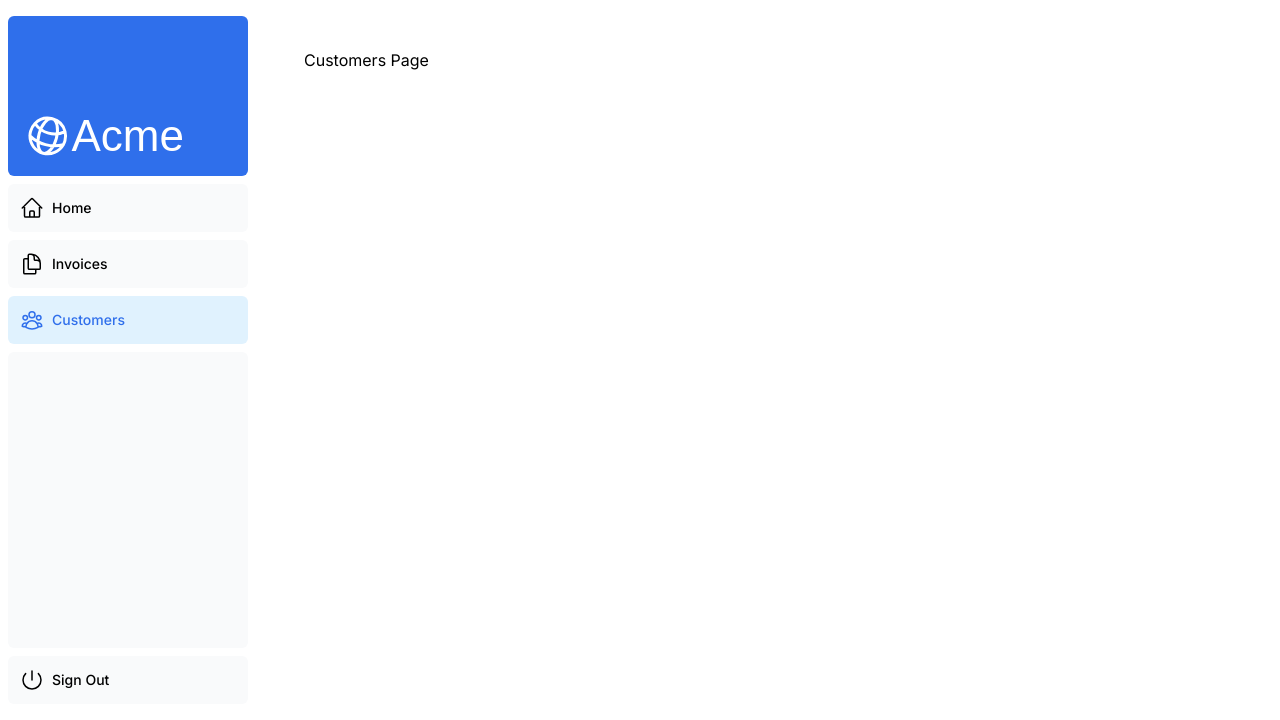
Repository: starsky886/nextjs-dashboard
Page: /dashboard/customers
These files come from the project's save history. The page is drawn as it stood at one moment and after the next save; the edit follows.
The browser window is 1280 px wide. The pictures show the whole page.
Some web fonts or font styles are not loaded; a fallback is used. The project was rebuilt for these pictures with package versions that can differ from the ones it lists, and the page was loaded fresh each time. The framework's server and built-in components were replaced by stand-ins that run in the browser. Also part of the build but not shown: next.config.js.

Above is the page before, as saved 2024-03-27 20:02:22.

### app/layout.tsx
import '@/app/ui/global.css'
import { inter } from '@/app/ui/fonts';
export default function RootLayout({
  children,
}: {
  children: React.ReactNode;
}) {
  return (
    <html lang="en">
      <body className={`${inter.className} antialiased`}>{children}
      </body>

    </html>
  );
}

### app/dashboard/customers/page.tsx

export default function Page() {
    return (
        <div>Customers Page</div>
    )
}

### app/ui/dashboard/sidenav.tsx
import Link from 'next/link';
import NavLinks from '@/app/ui/dashboard/nav-links';
import AcmeLogo from '@/app/ui/acme-logo';
import { PowerIcon } from '@heroicons/react/24/outline';

export default function SideNav() {
  return (
    <div className="flex h-full flex-col px-3 py-4 md:px-2">
      <Link
        className="mb-2 flex h-20 items-end justify-start rounded-md bg-blue-600 p-4 md:h-40"
        href="/"
      >
        <div className="w-32 text-white md:w-40">
          <AcmeLogo />
        </div>
      </Link>
      <div className="flex grow flex-row justify-between space-x-2 md:flex-col md:space-x-0 md:space-y-2">
        <NavLinks />
        <div className="hidden h-auto w-full grow rounded-md bg-gray-50 md:block"></div>
        <form>
          <button className="flex h-[48px] w-full grow items-center justify-center gap-2 rounded-md bg-gray-50 p-3 text-sm font-medium hover:bg-sky-100 hover:text-blue-600 md:flex-none md:justify-start md:p-2 md:px-3">
            <PowerIcon className="w-6" />
            <div className="hidden md:block">Sign Out</div>
          </button>
        </form>
      </div>
    </div>
  );
}

### app/ui/dashboard/nav-links.tsx
'use client';

import {
  UserGroupIcon,
  HomeIcon,
  DocumentDuplicateIcon,
} from '@heroicons/react/24/outline';
import Link from 'next/link'
import { usePathname } from 'next/navigation';
import clsx from 'clsx';

// Map of links to display in the side navigation.
// Depending on the size of the application, this would be stored in a database.
const links = [
  { name: 'Home', href: '/dashboard', icon: HomeIcon },
  {
    name: 'Invoices',
    href: '/dashboard/invoices',
    icon: DocumentDuplicateIcon,
  },
  { name: 'Customers', href: '/dashboard/customers', icon: UserGroupIcon },
];

export default function NavLinks() {
  const pathname = usePathname();
  return (
    <>
      {links.map((link) => {
        const LinkIcon = link.icon;
        return (
          <Link
            key={link.name}
            href={link.href}
            className={clsx(
                "flex h-[48px] grow items-center justify-center gap-2 rounded-md bg-gray-50 p-3 text-sm font-medium hover:bg-sky-100 hover:text-blue-600 md:flex-none md:justify-start md:p-2 md:px-3",
                {
                    'bg-sky-100 text-blue-600': pathname === link.href,
                },
                )}
          >
            <LinkIcon className="w-6" />
            <p className="hidden md:block">{link.name}</p>
          </Link>
        );
      })}
    </>
  );
}

Loaded but not shown: app/dashboard/layout.tsx (common file); app/ui/global.css (common file); app/ui/fonts.ts (common file); app/ui/acme-logo.tsx (common file); tailwind.config.ts (common file)

After the next save:
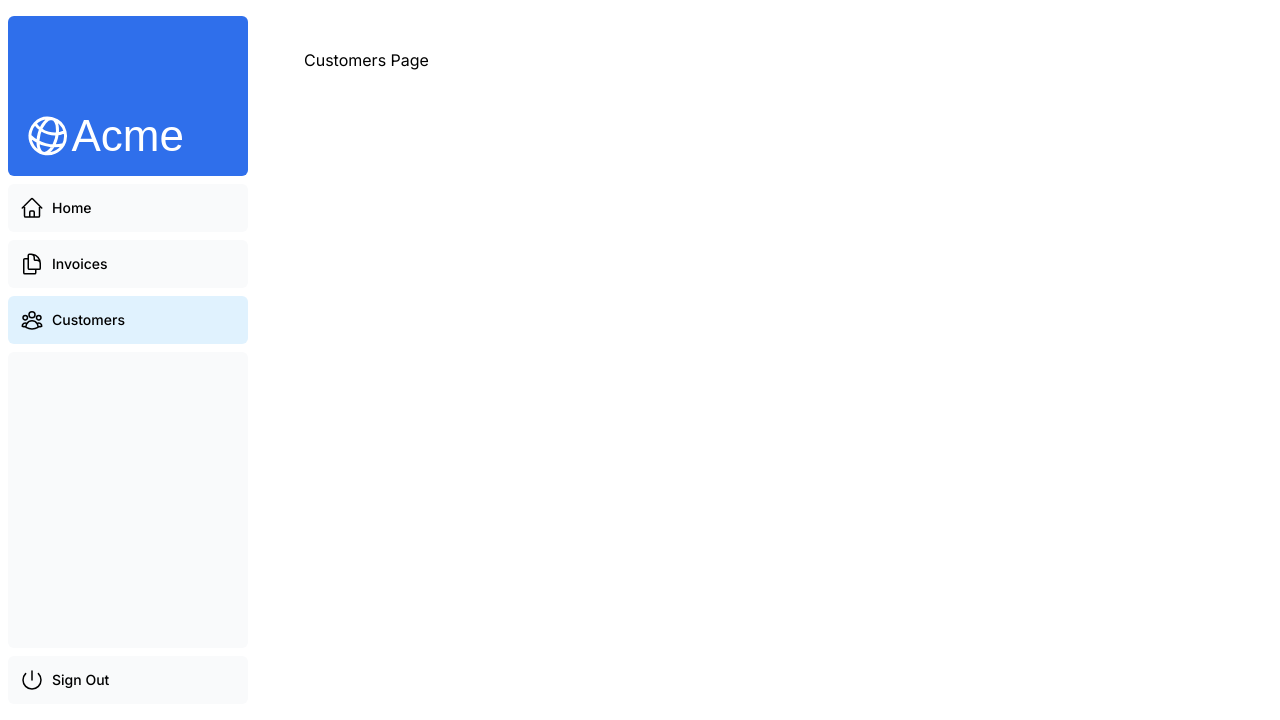
Saved 69 s later.
--- a/app/ui/dashboard/nav-links.tsx
+++ b/app/ui/dashboard/nav-links.tsx
@@ -34,7 +34,7 @@
             className={clsx(
                 "flex h-[48px] grow items-center justify-center gap-2 rounded-md bg-gray-50 p-3 text-sm font-medium hover:bg-sky-100 hover:text-blue-600 md:flex-none md:justify-start md:p-2 md:px-3",
                 {
-                    'bg-sky-100 text-blue-600': pathname === link.href,
+                    'bg-sky-100 ': pathname === link.href,
                 },
                 )}
           >

After the save that followed:
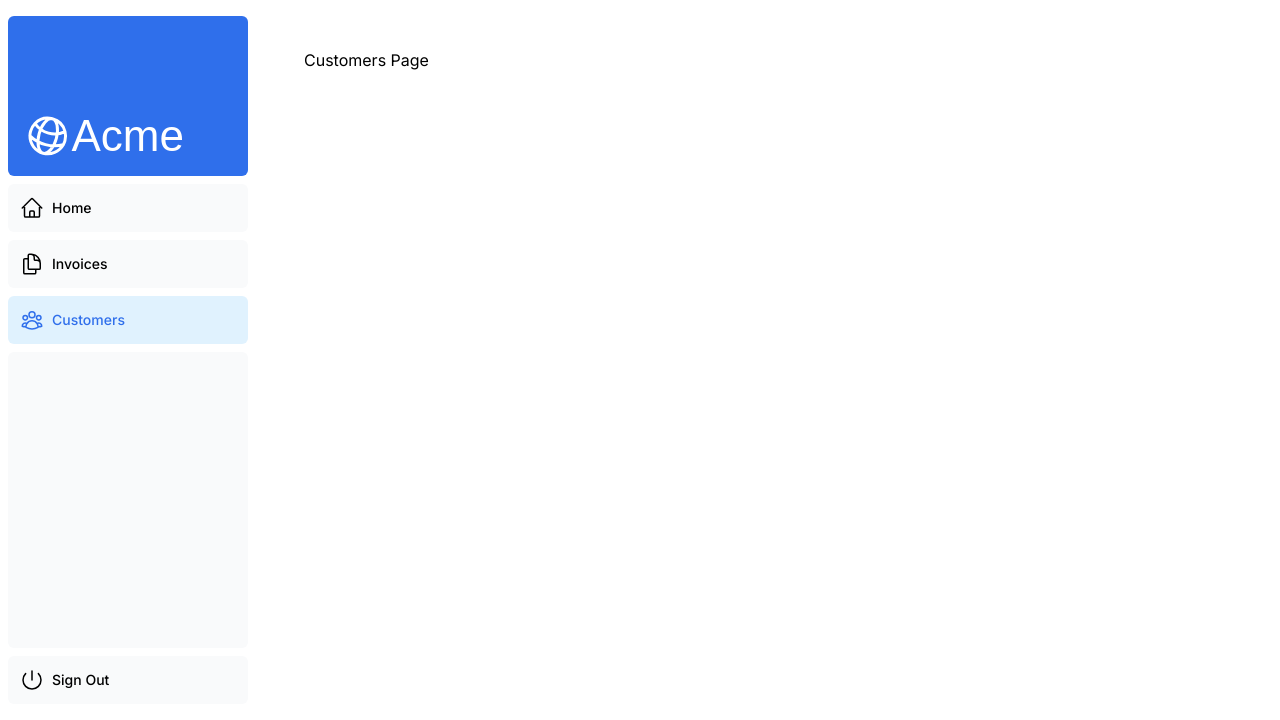
Saved 10 s later.
--- a/app/ui/dashboard/nav-links.tsx
+++ b/app/ui/dashboard/nav-links.tsx
@@ -34,7 +34,7 @@
             className={clsx(
                 "flex h-[48px] grow items-center justify-center gap-2 rounded-md bg-gray-50 p-3 text-sm font-medium hover:bg-sky-100 hover:text-blue-600 md:flex-none md:justify-start md:p-2 md:px-3",
                 {
-                    'bg-sky-100 ': pathname === link.href,
+                    'bg-sky-100 text-blue-600': pathname === link.href,
                 },
                 )}
           >
